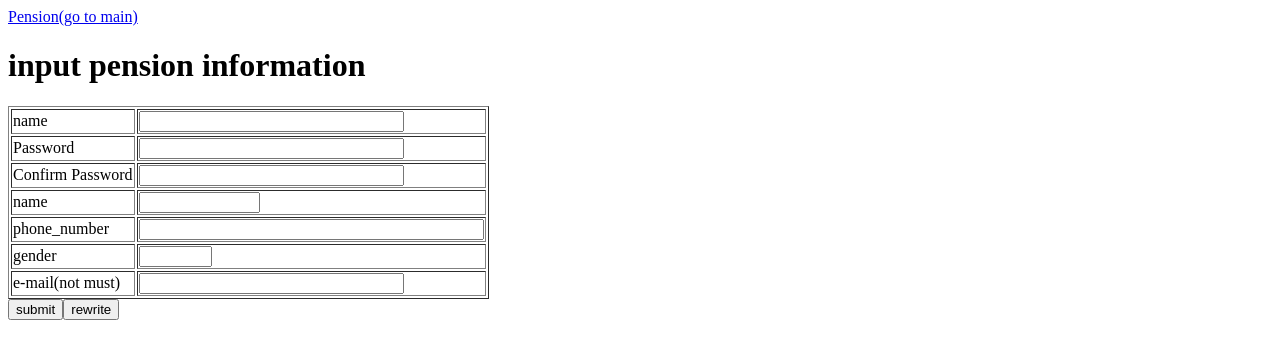
Repository: spero-spera/termproject
Page: http://localhost/pension/pension.php
The author's editor kept a record of every edit. The page is drawn from the files as they stood at one moment, then again after the next edit.
The browser window is 1280 px wide. The pictures show the whole page.
The page is run by PHP 8.4 with error messages shown; the project is at /var/www/html/.

Above is the page before.

After the next edit:
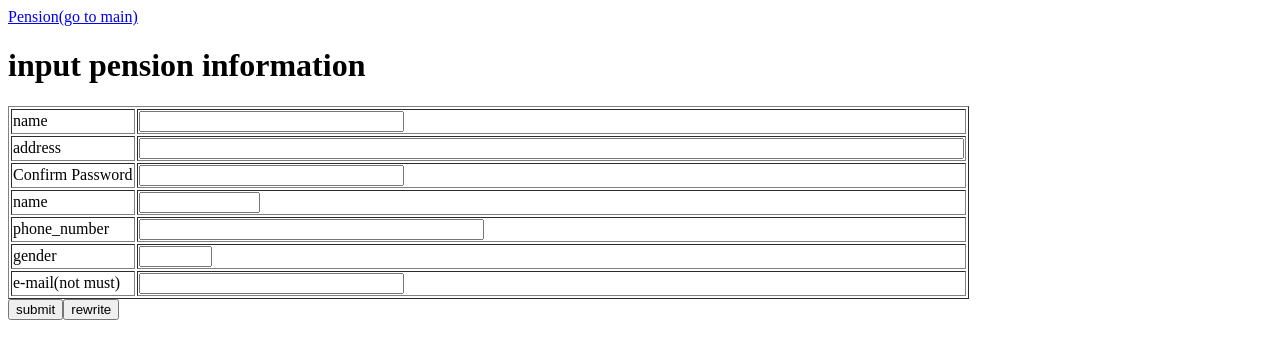
The edit:
--- a/pension/pension.php
+++ b/pension/pension.php
@@ -15,8 +15,8 @@
    <td><input type="text" size="30" name="name"></td>
   </tr>
   <tr>
-   <td>Password</td>
-   <td><input type="text" size="30" name="pwd"></td>
+   <td>address</td>
+   <td><input type="text" size="100" name="address"></td>
   </tr>
   <tr>
    <td>Confirm Password</td>
